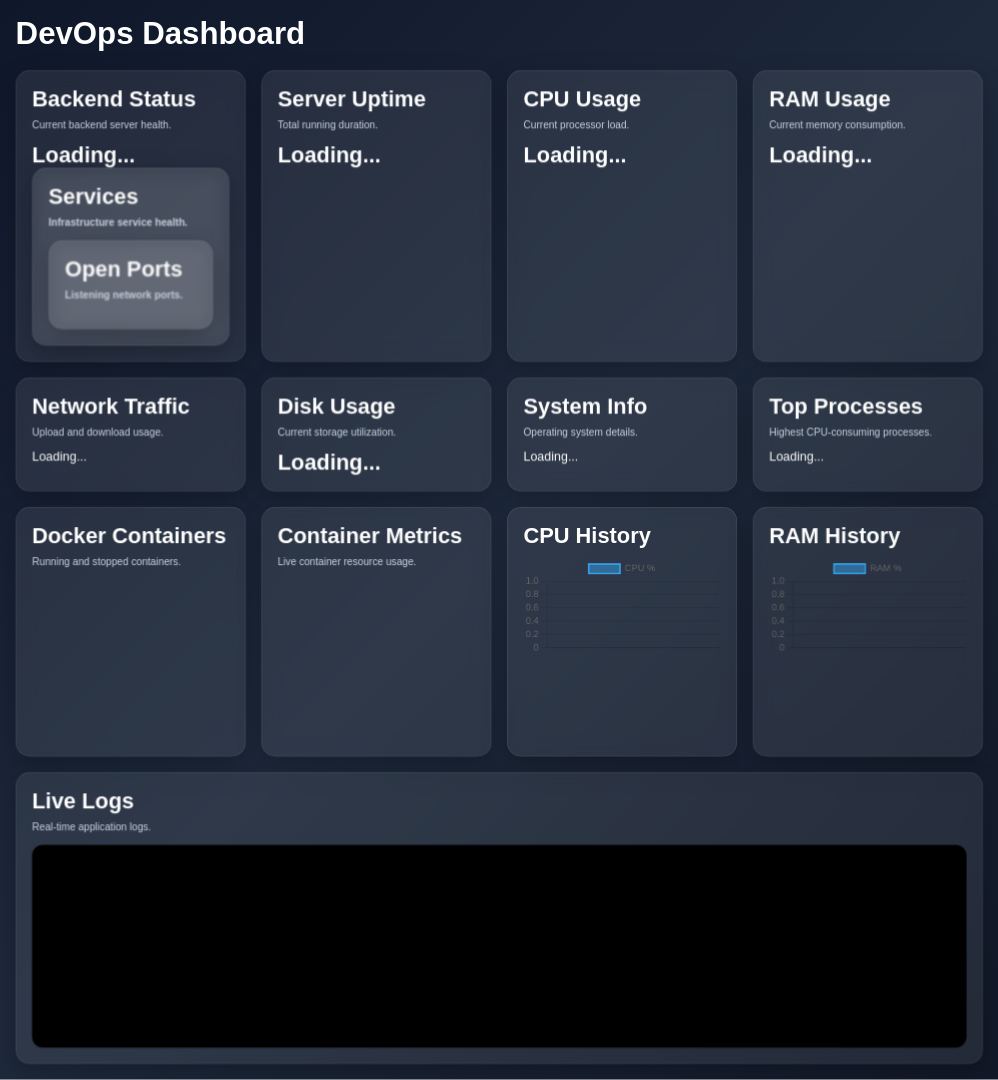
Repository: manoj-991/devops-dashboard
Page: frontend/index.html
An editor plug-in stored every save of this project. The page is shown before and after the next save, followed by the edit.
The browser window is 1280 px wide. The pictures show the whole page, at 78% of full size.
The page's requests for data from a server got no answer.

Above is the page before, as saved 2026-05-24 00:39:24.

After the next save:
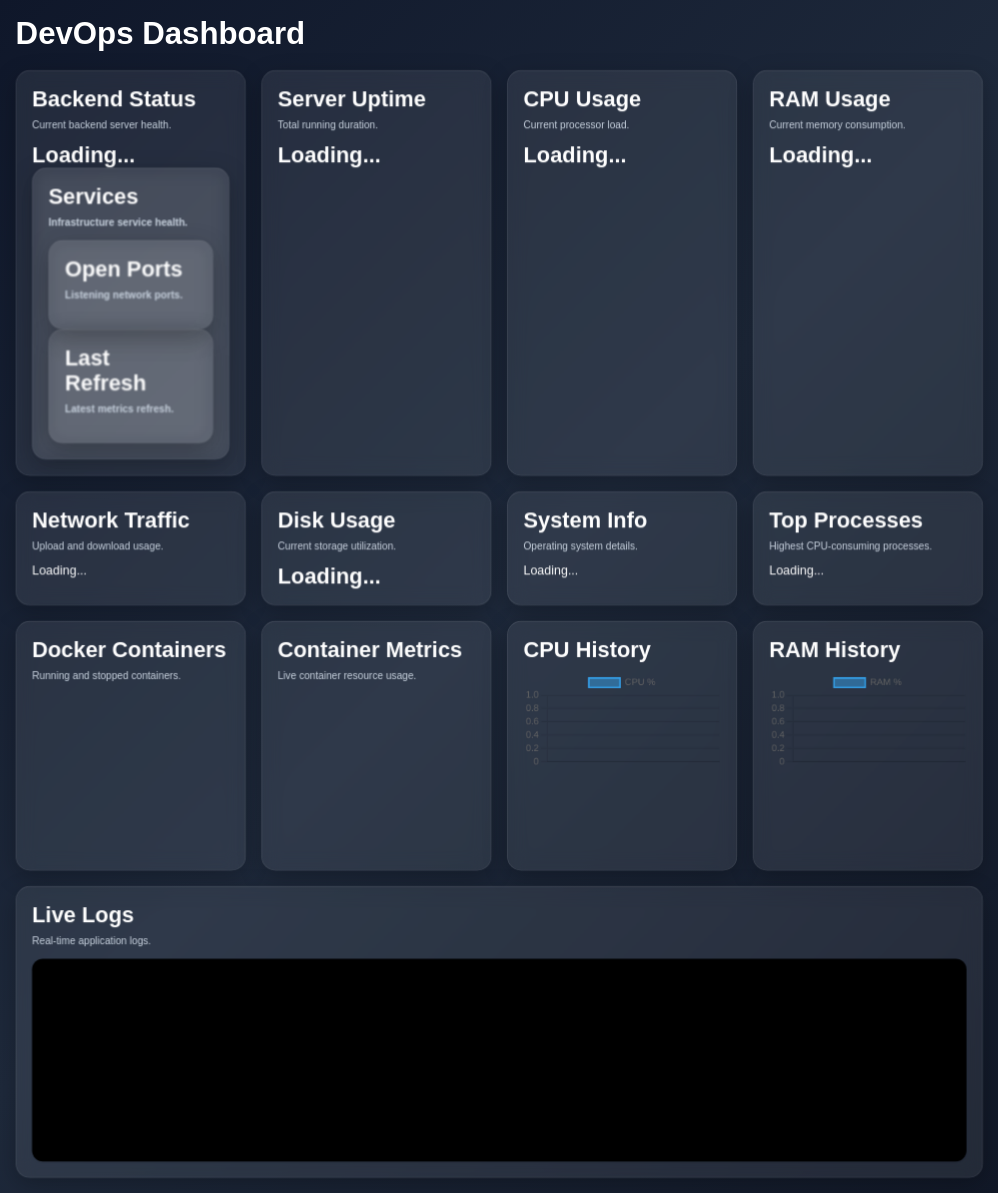
Saved 11 s later.
--- a/frontend/index.html
+++ b/frontend/index.html
@@ -45,6 +45,18 @@
     </div>
 
     <div id="ports">
+    </div>
+
+</div>
+<div class="card">
+
+    <h2>Last Refresh</h2>
+
+    <div class="description">
+        Latest metrics refresh.
+    </div>
+
+    <div id="lastUpdated">
     </div>
 
 </div>
